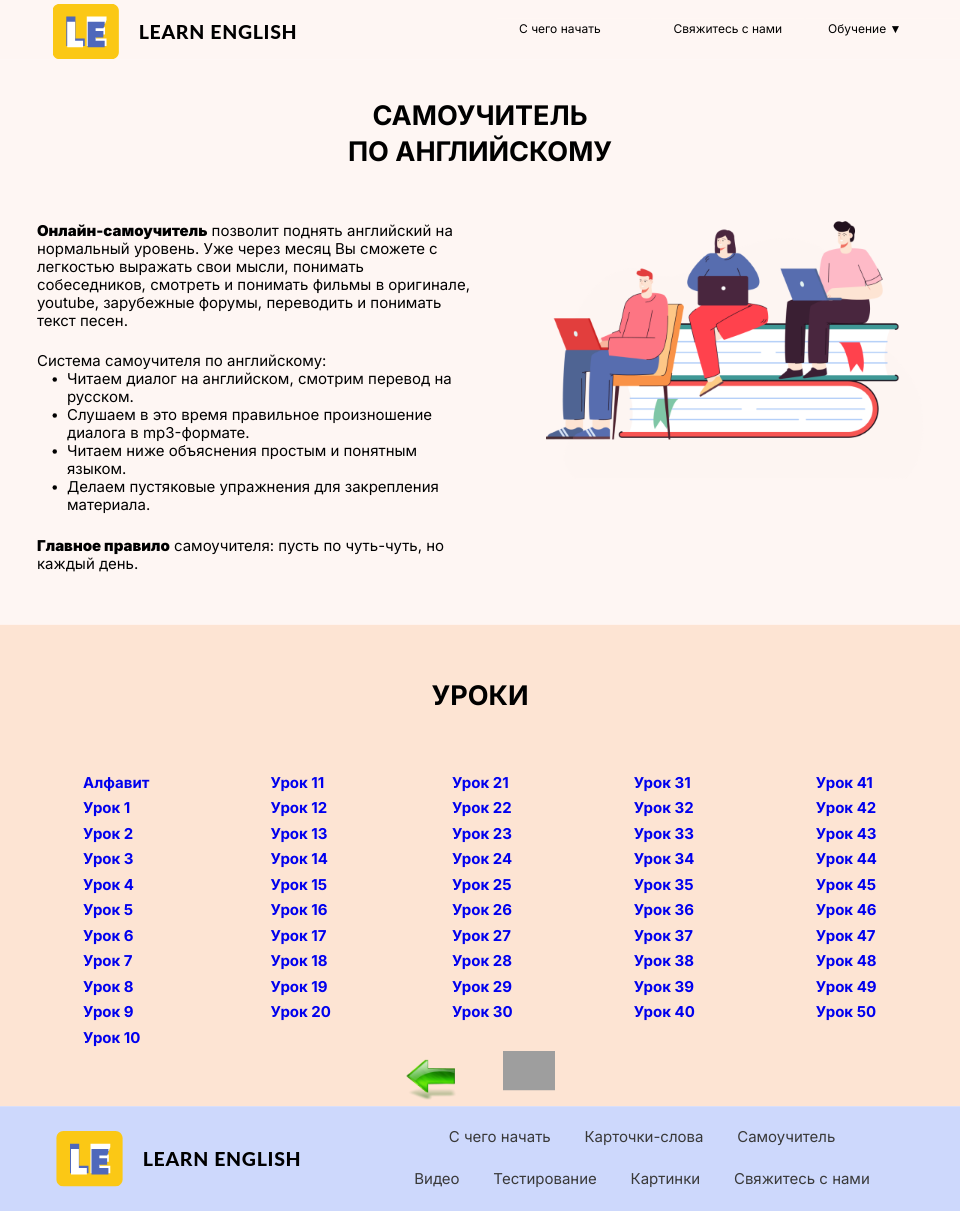
Repository: WladimirVA/Diplom
Page: scool/lesson.html
These files come from the project's save history. The page is drawn as it stood at one moment and after the next save; the edit follows.
The browser window is 1280 px wide. The pictures show the whole page, at 75% of full size.
Pictures or frames that could not be fetched are drawn as grey boxes.

Above is the page before, as saved 2023-07-19 18:08:15.

After the next save:
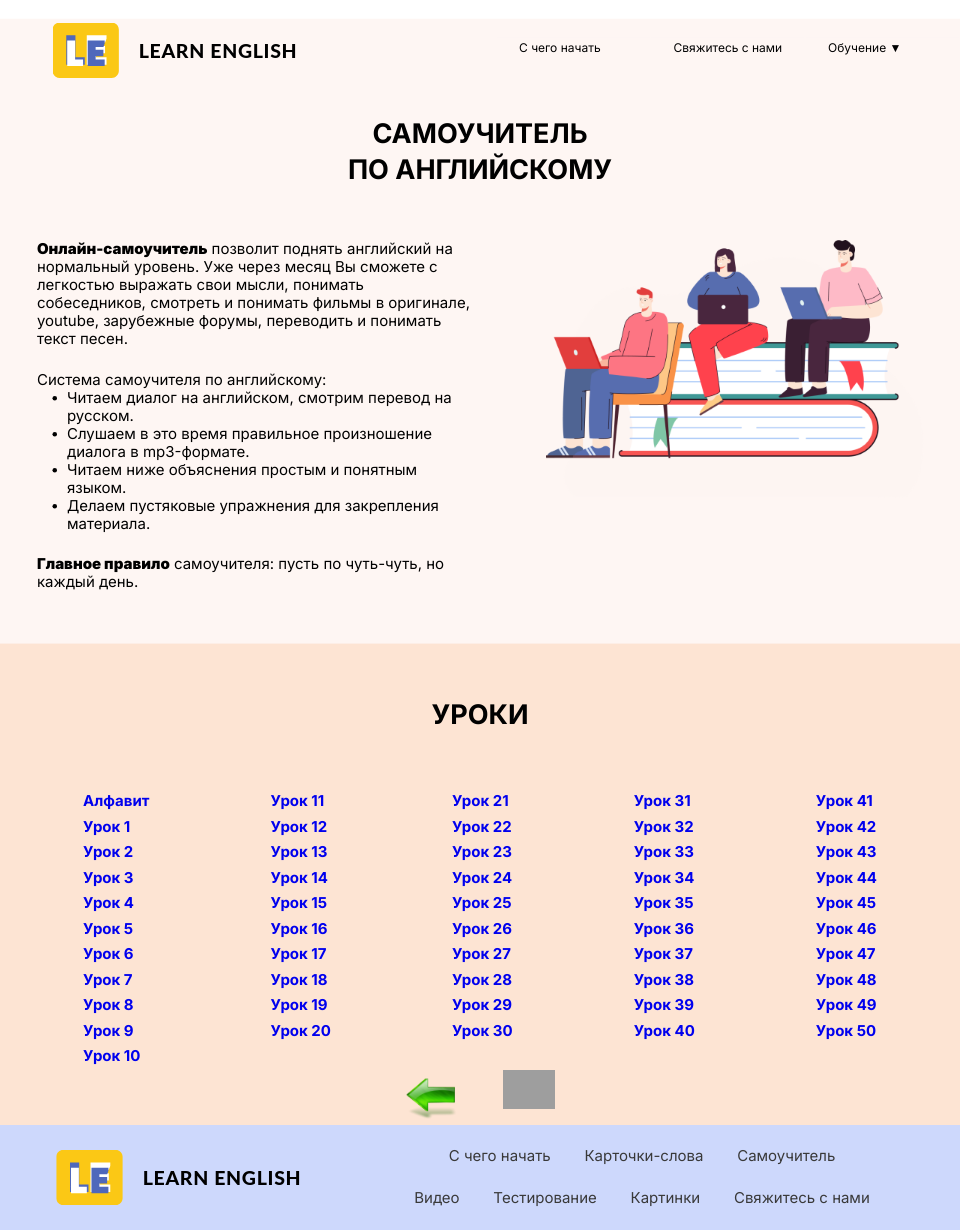
Saved 2 min 54 s later.
--- a/scool/css/index.css
+++ b/scool/css/index.css
@@ -9,6 +9,10 @@ body {
 * {
     margin: 0;
     padding: 0;
+}
+
+.header {
+    padding-top: 25px;
 }
 
 .logo {
